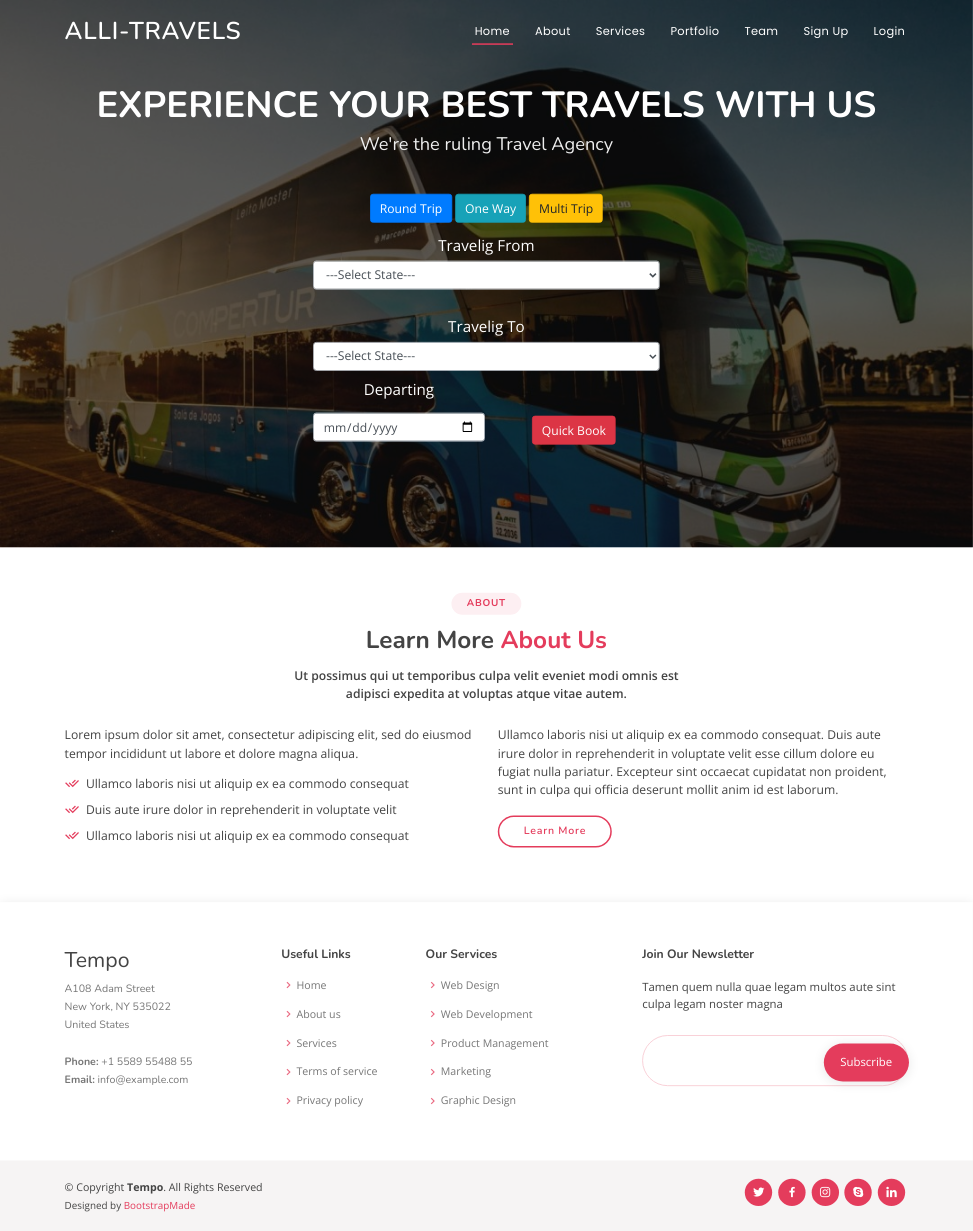
Repository: yazshrilld/Transport_Booking_system
Page: http://localhost/Transport_Project/admin/pindex.php
An editor plug-in stored every save of this project. The page is shown before and after the next save, followed by the edit.
The browser window is 1280 px wide. The pictures show the whole page, at 76% of full size.
Backgrounds fixed to the window are drawn as part of the page. The page is run by PHP 8.4 with error messages shown; the project is at /var/www/html/. Other server files are loaded and not shown. The database holds what the project's SQL file puts in it.

Above is the page before, as saved 2021-01-24 03:32:05.

### admin/pindex.php
<?php
$connection=mysqli_connect("localhost","root","","transport_project");
?>

<!DOCTYPE html>
<html lang="en">

<head>
  <meta charset="utf-8">
  <meta content="width=device-width, initial-scale=1.0" name="viewport">

  <title>Alli-Travels ! Your Smooth Ride</title>
  <meta content="" name="descriptison">
  <meta content="" name="keywords">

  <!-- Favicons -->
  <link href="assets/img/favicon.png" rel="icon">
  <link href="assets/img/apple-touch-icon.png" rel="apple-touch-icon">

  <!-- Google Fonts -->
  <link href="https://fonts.googleapis.com/css?family=Open+Sans:300,300i,400,400i,600,600i,700,700i|Nunito:300,300i,400,400i,600,600i,700,700i|Poppins:300,300i,400,400i,500,500i,600,600i,700,700i" rel="stylesheet">

  <!-- Vendor CSS Files -->
  <link href="assets/vendor/bootstrap/css/bootstrap.min.css" rel="stylesheet">
  <link href="assets/vendor/icofont/icofont.min.css" rel="stylesheet">
  <link href="assets/vendor/boxicons/css/boxicons.min.css" rel="stylesheet">
  <link href="assets/vendor/remixicon/remixicon.css" rel="stylesheet">
  <link href="assets/vendor/venobox/venobox.css" rel="stylesheet">
  <link href="assets/vendor/owl.carousel/assets/owl.carousel.min.css" rel="stylesheet">
  <script src="https://ajax.googleapis.com/ajax/libs/jquery/3.3.1/jquery.min.js"></script>

  <!-- Template Main CSS File -->
  <link href="assets/css/style.css" type="text/css" rel="stylesheet">
  <!-- <link href="assets/css/font.css" type="text/css" rel="stylesheet"> -->
  <link href="css/font.css" type="text/css" rel="stylesheet">

  <!-- =======================================================
  * Template Name: Tempo - v2.1.0
  * Template URL: https://bootstrapmade.com/tempo-free-onepage-bootstrap-theme/
  * Author: BootstrapMade.com
  * License: https://bootstrapmade.com/license/
  ======================================================== -->
</head>
<body>

<?php include "header.php"; ?>
  <!-- ======= Hero Section ======= -->
  <section id="hero">
    <div class="hero-container">
      <h1>Experience your best travels with us</h1>
      <h2>We're the ruling Travel Agency</h2>
	  <form class="booking-form-box" method="POST" action="booking_1.php">
		  <div class="booking-form-box">
		    <div class="travel_btn">
          <input type="submit" class="btn btn-primary" name="roundTrip" checked="checked" value="Round Trip">
          <input type="submit" class="btn btn-info" name="oneWay" value="One Way">
          <input type="submit" class="btn btn-warning" name="multiWay" value="Multi Trip">
		    </div>
		     <div class="booking-form">
		      <label>Travelig From</label>
			      <select name="state_from" class="form-control origin">
				      <option value="0">---Select State---</option>
				      <?php
					      $origin_query = mysqli_query($connection, "SELECT * FROM `origin`") ;
					      while($row = mysqli_fetch_array($origin_query)) {
						  ?>
						  <option value="<?php echo $row['origin_id'] ?>"><?php echo $row['origin_state'] ?></option>
						  <?php
					      }
				      ?>
			      </select><br />

			      <label>Travelig To</label>
			      <select name="state_to" class="form-control trip">
				      <option value="0">---Select State---</option>
			      </select>
			      <div class="input-grp">
			        <label>Departing</label>
			        <input type="date" class="form-control select-date">
		        </div>
              <input type="hidden" value='view' name='action' class="form-control">
		          <div class="input-grp"><br>
		            <input type="submit" value="Quick Book" class="btn btn-danger">
		          </div>
		    </div>
		  </div>
		</form>
    </div>
    <script type="text/javascript">
      $(document).ready(function(){
        $(".origin").change(function() { //.country is ilke .origin
          var origin_id=$(this).val(); // var id, may either be for origin or trips
          var post_id = 'id='+ origin_id; // + id, may either be for origin or trips
          $.ajax({
              type: "POST",
              url: "books.php",
              data: post_id+"&action=view",
              cache: false,
              success: function(result) {
                  $(".trip").html(result);
                }
          });
        });
      });
    </script>
  </section><!-- End Hero -->

  <main id="main">

    <!-- ======= About Section ======= -->







      </div>
    </section><!-- End Features Section -->

    <section id="about" class="about">
      <div class="container">

        <div class="section-title">
          <h2>About</h2>
          <h3>Learn More <span>About Us</span></h3>
          <p>Ut possimus qui ut temporibus culpa velit eveniet modi omnis est adipisci expedita at voluptas atque vitae autem.</p>
        </div>

        <div class="row content">
          <div class="col-lg-6">
            <p>
              Lorem ipsum dolor sit amet, consectetur adipiscing elit, sed do eiusmod tempor incididunt ut labore et dolore
              magna aliqua.
            </p>
            <ul>
              <li><i class="ri-check-double-line"></i> Ullamco laboris nisi ut aliquip ex ea commodo consequat</li>
              <li><i class="ri-check-double-line"></i> Duis aute irure dolor in reprehenderit in voluptate velit</li>
              <li><i class="ri-check-double-line"></i> Ullamco laboris nisi ut aliquip ex ea commodo consequat</li>
            </ul>
          </div>
          <div class="col-lg-6 pt-4 pt-lg-0">
            <p>
              Ullamco laboris nisi ut aliquip ex ea commodo consequat. Duis aute irure dolor in reprehenderit in voluptate
              velit esse cillum dolore eu fugiat nulla pariatur. Excepteur sint occaecat cupidatat non proident, sunt in
              culpa qui officia deserunt mollit anim id est laborum.
            </p>
            <a href="#" class="btn-learn-more">Learn More</a>
          </div>
        </div>

      </div>
    </section><!-- End About Section -->







  </main><!-- End #main -->

  <!-- ======= Footer ======= -->
  <footer id="footer">

    <div class="footer-top">
      <div class="container">
        <div class="row">

          <div class="col-lg-3 col-md-6 footer-contact">
            <h3>Tempo</h3>
            <p>
              A108 Adam Street <br>
              New York, NY 535022<br>
              United States <br><br>
              <strong>Phone:</strong> +1 5589 55488 55<br>
              <strong>Email:</strong> info@example.com<br>
            </p>
          </div>

          <div class="col-lg-2 col-md-6 footer-links">
            <h4>Useful Links</h4>
            <ul>
              <li><i class="bx bx-chevron-right"></i> <a href="#">Home</a></li>
              <li><i class="bx bx-chevron-right"></i> <a href="#">About us</a></li>
              <li><i class="bx bx-chevron-right"></i> <a href="#">Services</a></li>
              <li><i class="bx bx-chevron-right"></i> <a href="#">Terms of service</a></li>
              <li><i class="bx bx-chevron-right"></i> <a href="#">Privacy policy</a></li>
            </ul>
          </div>

          <div class="col-lg-3 col-md-6 footer-links">
            <h4>Our Services</h4>
            <ul>
              <li><i class="bx bx-chevron-right"></i> <a href="#">Web Design</a></li>
              <li><i class="bx bx-chevron-right"></i> <a href="#">Web Development</a></li>
              <li><i class="bx bx-chevron-right"></i> <a href="#">Product Management</a></li>
              <li><i class="bx bx-chevron-right"></i> <a href="#">Marketing</a></li>
              <li><i class="bx bx-chevron-right"></i> <a href="#">Graphic Design</a></li>
            </ul>
          </div>

          <div class="col-lg-4 col-md-6 footer-newsletter">
            <h4>Join Our Newsletter</h4>
            <p>Tamen quem nulla quae legam multos aute sint culpa legam noster magna</p>
            <form action="" method="post">
              <input type="email" name="email"><input type="submit" value="Subscribe">
            </form>
          </div>

        </div>
      </div>
    </div>

    <div class="container d-md-flex py-4">

      <div class="mr-md-auto text-center text-md-left">
        <div class="copyright">
          &copy; Copyright <strong><span>Tempo</span></strong>. All Rights Reserved
        </div>
        <div class="credits">
          <!-- All the links in the footer should remain intact. -->
          <!-- You can delete the links only if you purchased the pro version. -->
          <!-- Licensing information: https://bootstrapmade.com/license/ -->
          <!-- Purchase the pro version with working PHP/AJAX contact form: https://bootstrapmade.com/tempo-free-onepage-bootstrap-theme/ -->
          Designed by <a href="https://bootstrapmade.com/">BootstrapMade</a>
        </div>
      </div>
      <div class="social-links text-center text-md-right pt-3 pt-md-0">
        <a href="#" class="twitter"><i class="bx bxl-twitter"></i></a>
        <a href="#" class="facebook"><i class="bx bxl-facebook"></i></a>
        <a href="#" class="instagram"><i class="bx bxl-instagram"></i></a>
        <a href="#" class="google-plus"><i class="bx bxl-skype"></i></a>
        <a href="#" class="linkedin"><i class="bx bxl-linkedin"></i></a>
      </div>
    </div>
  </footer><!-- End Footer -->

  <a href="#" class="back-to-top"><i class="ri-arrow-up-line"></i></a>

  <!-- Vendor JS Files -->
  <script src="assets/vendor/jquery/jquery.min.js"></script>
  <script src="assets/vendor/bootstrap/js/bootstrap.bundle.min.js"></script>
  <script src="assets/vendor/jquery.easing/jquery.easing.min.js"></script>
  <script src="assets/vendor/php-email-form/validate.js"></script>
  <script src="assets/vendor/isotope-layout/isotope.pkgd.min.js"></script>
  <script src="assets/vendor/venobox/venobox.min.js"></script>
  <script src="assets/vendor/owl.carousel/owl.carousel.min.js"></script>

  <!-- Template Main JS File -->
  <script src="assets/js/main.js"></script>

</body>

</html>

### admin/header.php

<?php

    if(isset($_SESSION['login_user'])==false) {

?>


<header id="header" class="fixed-top ">
    <div class="container d-flex align-items-center">

      <h1 class="logo mr-auto"><a href="index.html">Alli-Travels</a></h1>
      <!-- Uncomment below if you prefer to use an image logo -->
      <!-- <a href="index.html" class="logo mr-auto"><img src="assets/img/logo.png" alt="" class="img-fluid"></a>-->

      <nav class="nav-menu d-none d-lg-block">
        <ul>
          <li class="active"><a href="index.html">Home</a></li>
          <li><a href="about.php">About</a></li>
          <li><a href="services.html">Services</a></li>
          <li><a href="terminals.html">Portfolio</a></li>
          <li><a href="contact.html">Team</a></li>
           <li><a href="sign_up.php"><span class="glyphicon glyphicon-user"></span> Sign Up</a></li>
                <li><a href="user_login.php"><span class="glyphicon glyphicon-log-in"></span> Login</a></li>

        </ul>
      </nav><!-- .nav-menu -->

    </div>
  </header><!-- End Header -->

    <?php

  }

  else {

   ?>

   <header id="header" class="fixed-top ">
    <div class="container d-flex align-items-center">

      <h1 class="logo mr-auto"><a href="index.html">Alli Travels</a></h1>
      <!-- Uncomment below if you prefer to use an image logo -->
      <!-- <a href="index.html" class="logo mr-auto"><img src="assets/img/logo.png" alt="" class="img-fluid"></a>-->

      <nav class="nav-menu d-none d-lg-block">
        <ul>
          <li class="active"><a href="index.html">Home</a></li>
          <li><a href="about.php">About</a></li>
          <li><a href="services.html">Services</a></li>
          <li><a href="terminals.html">Portfolio</a></li>
          <li><a href="contact.html">Team</a></li>
		  <li><a href="mybill.php?id=<?php echo $_SESSION['username']; ?>">My Account</a></li>
          <li><a href="logout.php"><span class="glyphicon glyphicon-user"></span> Log Out</a></li>
          <li><a href="#"><span class="glyphicon glyphicon-log-in"></span> Welcome <?php echo $_SESSION['login_user']; ?></a></li>


        </ul>
      </nav><!-- .nav-menu -->

    </div>
  </header><!-- End Header -->

    <?php

  }

  ?>

### admin/css/font.css
.booking-form-box {
	max-width :500px;
}

.radio-btn .btn {
	margin :  20px 10px 20px 0 ;
	box-shadow :none;

}

.radio-btn .btn:: after {
	content : '';
	height : 15px;
	width : 15px;
	top : -2px;
	left : -1px;
	background-color : #fff;
	position :relative;
	display : inline-block;
	border : 3px solid #fff;
	visibility : visible;
	border-radius : 50%;
}

.radio-btn .btn:checked:: after {
	content : '';
	background-color : #000;
	transition : 0.5s;
}


.icon-box {
	border-radius: 30px 30px;
}

.radio-btn span {
	color :#fff;
	margin-right : 5px;
	font-size : 12px;
}

.booking-form {
	padding :0 20px 20px;
}

.booking-form label, input {
	margin-bottom : 5px;
	margin-top : 10px;
	font-size : 20px;
	color : #fff;
}

input::placeholder {
	color : #fff !important;
}

.input-grp  {
	width :226px;
	display :inline-block;
}

.custom-select  {
	width :226px;
	display :inline-block;
}



.select-date::-webkit-inner-spin-button,
.select-date::-webkit-outer-spin-button{
	-webkit-appearance :;
	margin : 0;

}


.select-date::-webkit-calender-piker-indicator{

}

.input-grp .btn a {
	color :#fff;
}
.features .container{
	display: flex;
	justify-content: space-between;
	align-items: center;
}
.features .container .row{
	border: 1px solid black;
	margin: 0;
	max-height: 6rem;
	background-color: blue;
	/* width: 100%; */
	padding: 0;
}
.features .container .row .icon-box{
	border: 1px solid black;
	height: 100%;
	display: grid;
	grid-template-columns: 15% 80%;
	grid-gap: 5%;
	padding: 0;
	width: 100% !important
}
.travelling {
	padding: 0;
	margin: 0 !important;
	background: red;
	width: 100%
}

### transport_project.sql (the tables this page reads)
CREATE TABLE `origin` (
  `origin_id` int(11) NOT NULL,
  `origin_state` varchar(255) NOT NULL
) ENGINE=InnoDB DEFAULT CHARSET=latin1;

INSERT INTO `origin` (`origin_id`, `origin_state`) VALUES
(1, 'fdhha'),
(2, 'Abuja'),
(3, 'Lagos'),
(4, 'Enugu'),
(5, 'dfgfd'),
(6, 'Abakaliki');

ALTER TABLE `origin`
  ADD PRIMARY KEY (`origin_id`);

ALTER TABLE `origin`
  MODIFY `origin_id` int(11) NOT NULL AUTO_INCREMENT, AUTO_INCREMENT=7;

Loaded but not shown: admin/assets/js/main.js (173 lines, source omitted); admin/assets/css/style.css (2028 lines, source omitted)

After the next save:
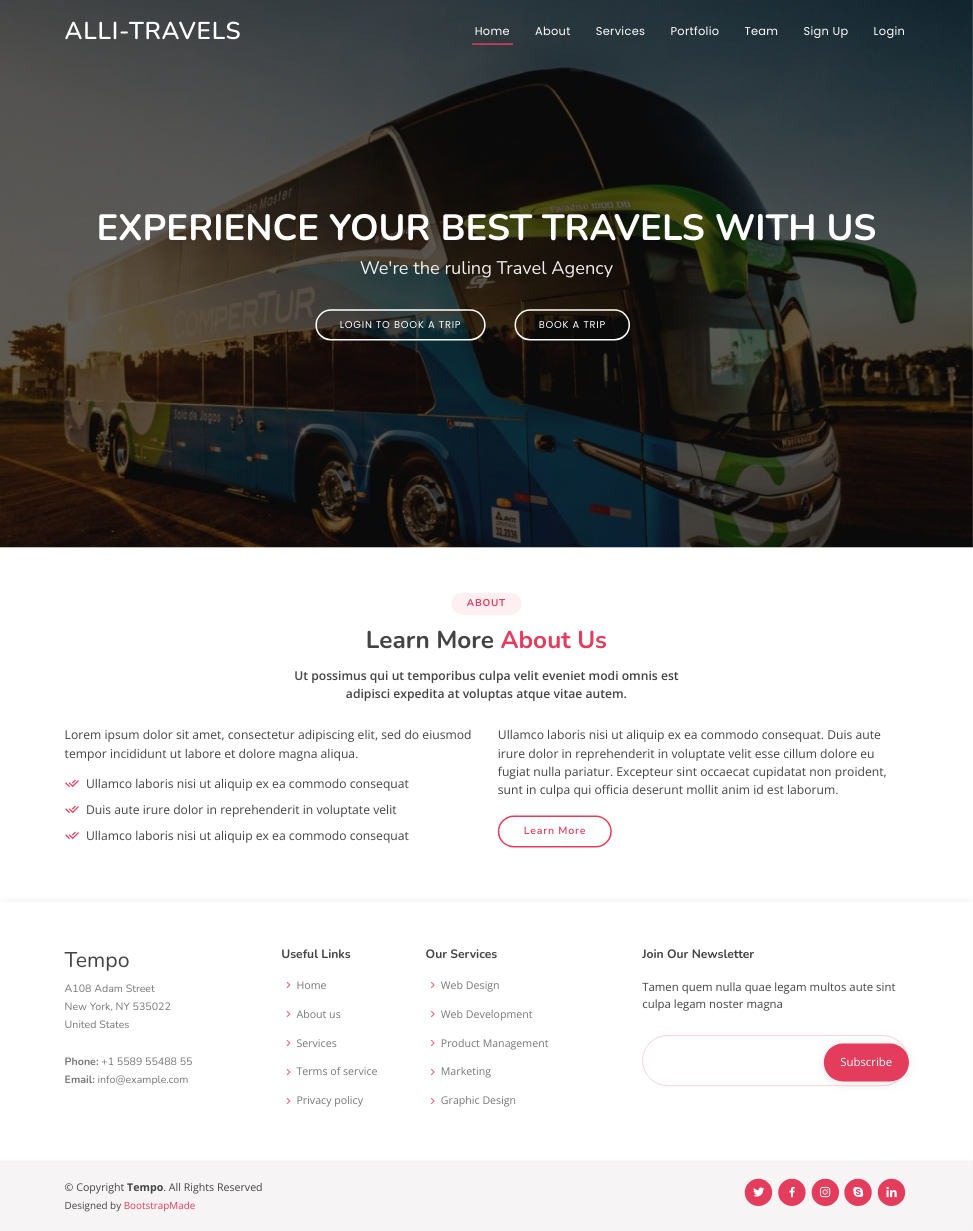
Saved 66 s later.
--- a/admin/pindex.php
+++ b/admin/pindex.php
@@ -49,42 +49,49 @@ $connection=mysqli_connect("localhost","root","","transport_project");
     <div class="hero-container">
       <h1>Experience your best travels with us</h1>
       <h2>We're the ruling Travel Agency</h2>
-	  <form class="booking-form-box" method="POST" action="booking_1.php">
-		  <div class="booking-form-box">
-		    <div class="travel_btn">
-          <input type="submit" class="btn btn-primary" name="roundTrip" checked="checked" value="Round Trip">
-          <input type="submit" class="btn btn-info" name="oneWay" value="One Way">
-          <input type="submit" class="btn btn-warning" name="multiWay" value="Multi Trip">
-		    </div>
-		     <div class="booking-form">
-		      <label>Travelig From</label>
-			      <select name="state_from" class="form-control origin">
-				      <option value="0">---Select State---</option>
-				      <?php
-					      $origin_query = mysqli_query($connection, "SELECT * FROM `origin`") ;
-					      while($row = mysqli_fetch_array($origin_query)) {
-						  ?>
-						  <option value="<?php echo $row['origin_id'] ?>"><?php echo $row['origin_state'] ?></option>
-						  <?php
-					      }
-				      ?>
-			      </select><br />
-
-			      <label>Travelig To</label>
-			      <select name="state_to" class="form-control trip">
-				      <option value="0">---Select State---</option>
-			      </select>
-			      <div class="input-grp">
-			        <label>Departing</label>
-			        <input type="date" class="form-control select-date">
-		        </div>
-              <input type="hidden" value='view' name='action' class="form-control">
-		          <div class="input-grp"><br>
-		            <input type="submit" value="Quick Book" class="btn btn-danger">
-		          </div>
-		    </div>
-		  </div>
-		</form>
+	    <?php if(isset($_SESSION['login_user'])==true) {?>
+        <a href="booking.php" class="btn-get-started scrollto">Book A Trip</a>
+          <div class="container">
+            <ul class="nav nav-pills mb-3" id="pills-tab" role="tablist">
+                <li class="nav-item">
+                    <a class="nav-link active btn btn-primary btn-sm" id="pills-home-tab" data-toggle="pill" href="#pills-home" role="tab" aria-controls="pills-home" aria-selected="true">Round Trip</a>
+                </li>
+                <li class="nav-item">
+                    <a class="nav-link btn btn-info btn-sm" id="pills-profile-tab" data-toggle="pill" href="#pills-profile" role="tab" aria-controls="pills-profile" aria-selected="false">One Way</a>
+                </li>
+                <li class="nav-item">
+                    <a class="nav-link btn btn-warning btn-sm" id="pills-contact-tab" data-toggle="pill" href="#pills-contact" role="tab" aria-controls="pills-contact" aria-selected="false">Multi Way</a>
+                </li>
+            </ul>
+
+            <div class="tab-content" id="pills-tabContent">
+
+                <div class="tab-pane fade show active" id="pills-home" role="tabpanel" aria-labelledby="pills-home-tab">
+                    <?php include 'home_check.php';?>
+                </div>
+                <div class="tab-pane fade text-danger" id="pills-profile" role="tabpanel" aria-labelledby="pills-profile-tab">
+                    <?php include 'profile_check.php';?>
+                </div>
+                <div class="tab-pane fade text-success" id="pills-contact" role="tabpanel" aria-labelledby="pills-contact-tab">
+                    <?php include 'contact_check.php';?>
+                </div>
+            </div>
+          </div>
+      <?php
+       } else{
+      ?>
+      <div class="row">
+					<div class="input-grp col-xs-6">
+							<a href="user_login.php" class="btn-get-started scrollto">Login To Book A Trip</a>
+						</div>
+						<div class="input-grp col-xs-6">
+							<a href="pindex.php" class="btn-get-started scrollto">Book A Trip</a>
+						</div>
+					</div>
+        <?php
+       }
+       ?>
+
     </div>
     <script type="text/javascript">
       $(document).ready(function(){
